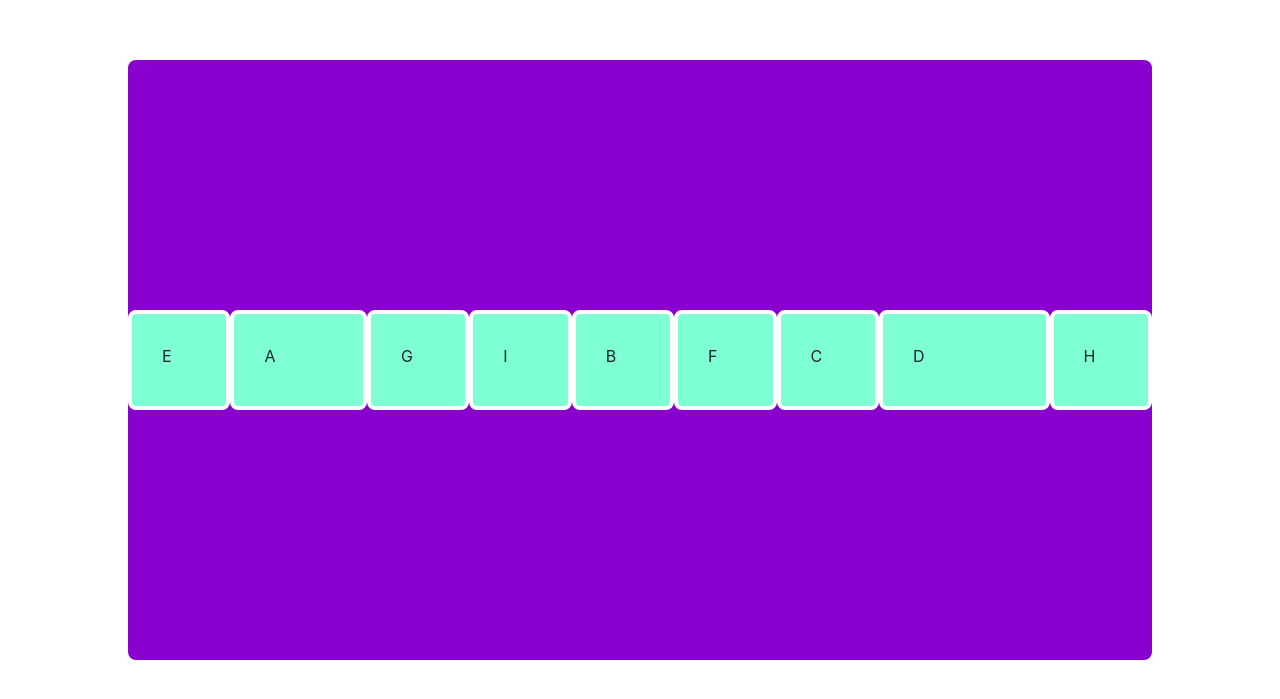
Repository: alessandradiamantino/Curso-Front-End-Design
Page: 1 - Introdução ao HTML e CSS/3 - Layouts, Grids e Flexbox/Bootstrap Grid system/index.html
An editor plug-in stored every save of this project. The page is shown before and after the next save, followed by the edit.
The browser window is 1280 px wide. The pictures show the whole page.

Above is the page before, as saved 2023-04-24 13:44:23.

### 1 - Introdução ao HTML e CSS/3 - Layouts, Grids e Flexbox/Bootstrap Grid system/index.html
<!DOCTYPE html>
<html lang="en">
<head>
  <meta charset="UTF-8">
  <meta http-equiv="X-UA-Compatible" content="IE=edge">
  <meta name="viewport" content="width=device-width, initial-scale=1.0">
  <link rel="stylesheet" href="css/bootstrap.min.css">
  <link rel="stylesheet" href="css/style.css">
  <title>Document</title>
</head>

<body>
 <!--
  <div class="my-box container justify-content-center"> <!-- container responsivo
  <div class="row">
    <div class="col-sm- col-lg-3 div-1">DIV 1</div>
    <div class="col-sm- col-lg-2 div-2">DIV 2</div>
    <div class="col-sm- col-lg-2 div-3">DIV 3</div>
  </div>
   </div>
-->
   <div class="my-container">
    <div class="my-item order-1 grow-1" >
      A
    </div>
    <div class="my-item order-2" >
      B
    </div>
    <div class="my-item order-3" >
      C
    </div>
    <div class="my-item order-4 grow-2" >
      D
    </div>
    <div class="my-item" >
      E
    </div>
    <div class="my-item order-2" >
      F
    </div>
    <div class="my-item order-1" >
      G
    </div>
    <div class="my-item order-4" >
      H
    </div><div class="my-item order-1">
      I

   </div>
</body>
</html>

### 1 - Introdução ao HTML e CSS/3 - Layouts, Grids e Flexbox/Bootstrap Grid system/css/style.css
* {
  box-sizing: border-box;
}
body {
  margin: 0;
  padding: 0;
}

.my-box{
  height: 100px;
}

.my-container{
  display: flex;
  width: 80%;
  height: 600px;
  margin: 60px auto;
  background-color: #8a00cf;
  border-radius: 8px;
  /*flex-direction: row;
  flex-wrap: wrap;*/
  flex-flow: row wrap;
  justify-content: space-between;
  align-items: flex-start;
  align-content: center;
}

.my-item {
  height: 100px;
  padding: 30px;
  background-color: aquamarine;
  border-radius: 8px;
  border: 4px solid white;
  flex-basis: 10%;
}

.order-1 {
  order: 1;
}

.order-2 {
  order: 2;
}

.order-3 {
  order: 3;
}

.order-4 {
  order: 4;
}

.grow-1{
  flex-grow: 1;
}

.grow-2{
  flex-grow: 2;
}

.grow-5{
  flex-grow: 5;
}
.my-box div {
  background-color: blueviolet;
  height: 80px;
  margin-top: 10px;
}

.my-box .div-1 {
  background-color: aquamarine;
}

.my-box .div-2 {
  background-color: bisque;
}

.my-box .div-3 {
  background-color: cornflowerblue;
}

Loaded but not shown: 1 - Introdução ao HTML e CSS/3 - Layouts, Grids e Flexbox/Bootstrap Grid system/css/bootstrap.min.css (library)

After the next save:
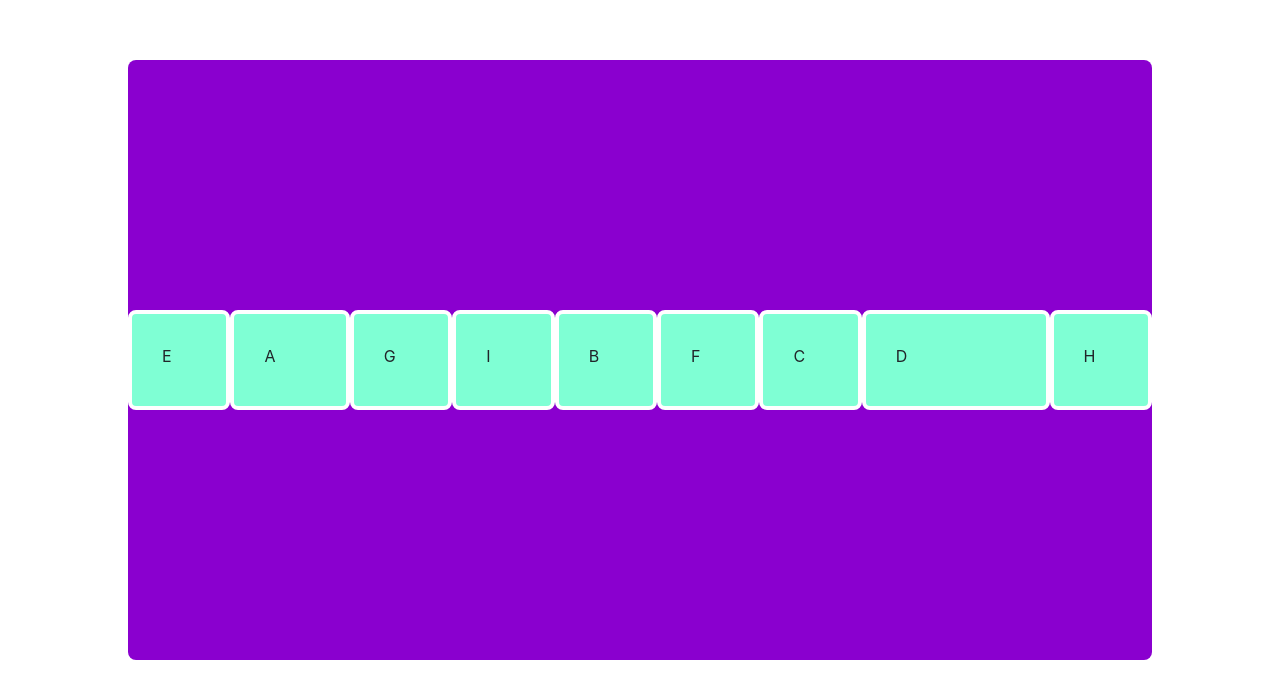
Saved 5 s later.
--- a/1 - Introdução ao HTML e CSS/3 - Layouts, Grids e Flexbox/Bootstrap Grid system/index.html
+++ b/1 - Introdução ao HTML e CSS/3 - Layouts, Grids e Flexbox/Bootstrap Grid system/index.html
@@ -29,7 +29,7 @@
     <div class="my-item order-3" >
       C
     </div>
-    <div class="my-item order-4 grow-2" >
+    <div class="my-item order-4 grow-5" >
       D
     </div>
     <div class="my-item" >
